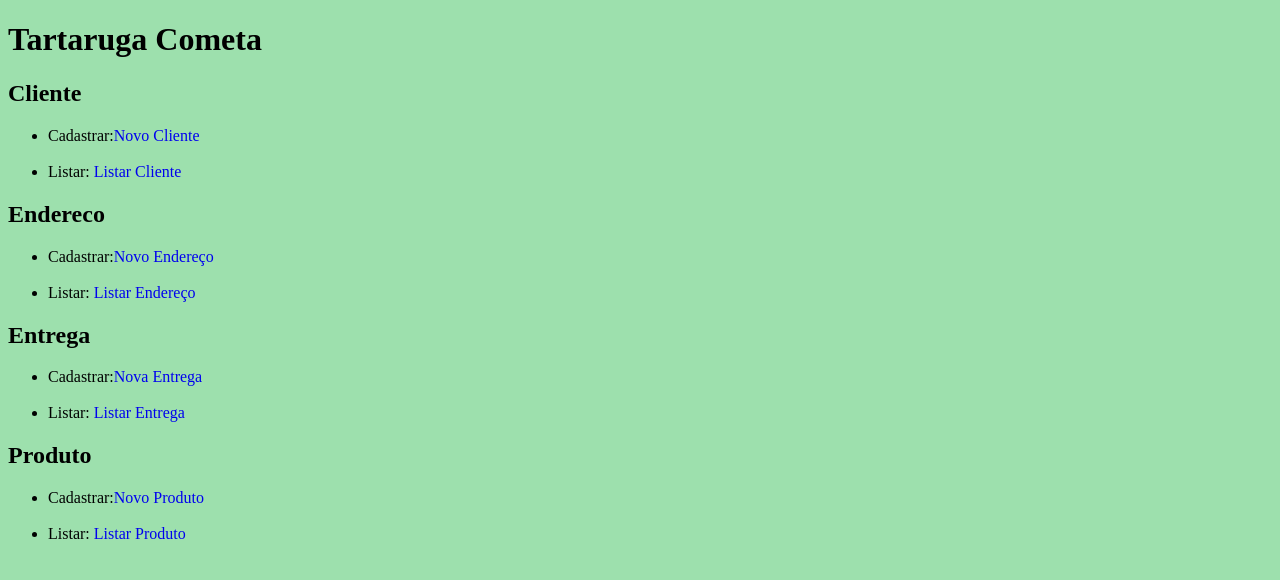
Repository: alvarofgomes/TartarugaCometa
Page: http://localhost/TartarugaCometa/src/main/WebContent/index.jsp
The author's editor kept a copy of each file at every save. The page is drawn from the files as they stood at one save, then again after the next save.
The browser window is 1280 px wide. The pictures show the whole page.
The page is served by Tomcat 9.

Above is the page before, as saved 2025-12-17 20:54:24.

After the next save:
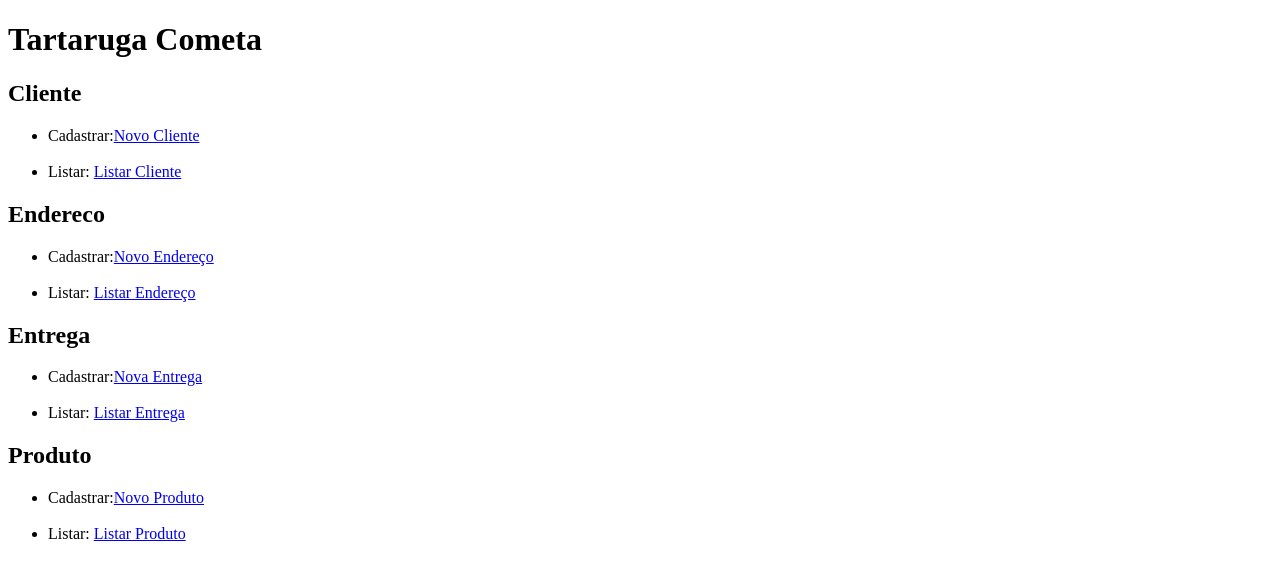
Saved 72 s later.
--- a/TartarugaCometa/src/main/WebContent/index.jsp
+++ b/TartarugaCometa/src/main/WebContent/index.jsp
@@ -6,10 +6,6 @@
 <head>
 <meta charset="UTF-8">
 <title>Menu Tartaruga Cometa</title>
-<style>
-a{text-decoration: none;}
-body {background-color: #9de0ad;}
-</style>
 </head>
 <body>
 
